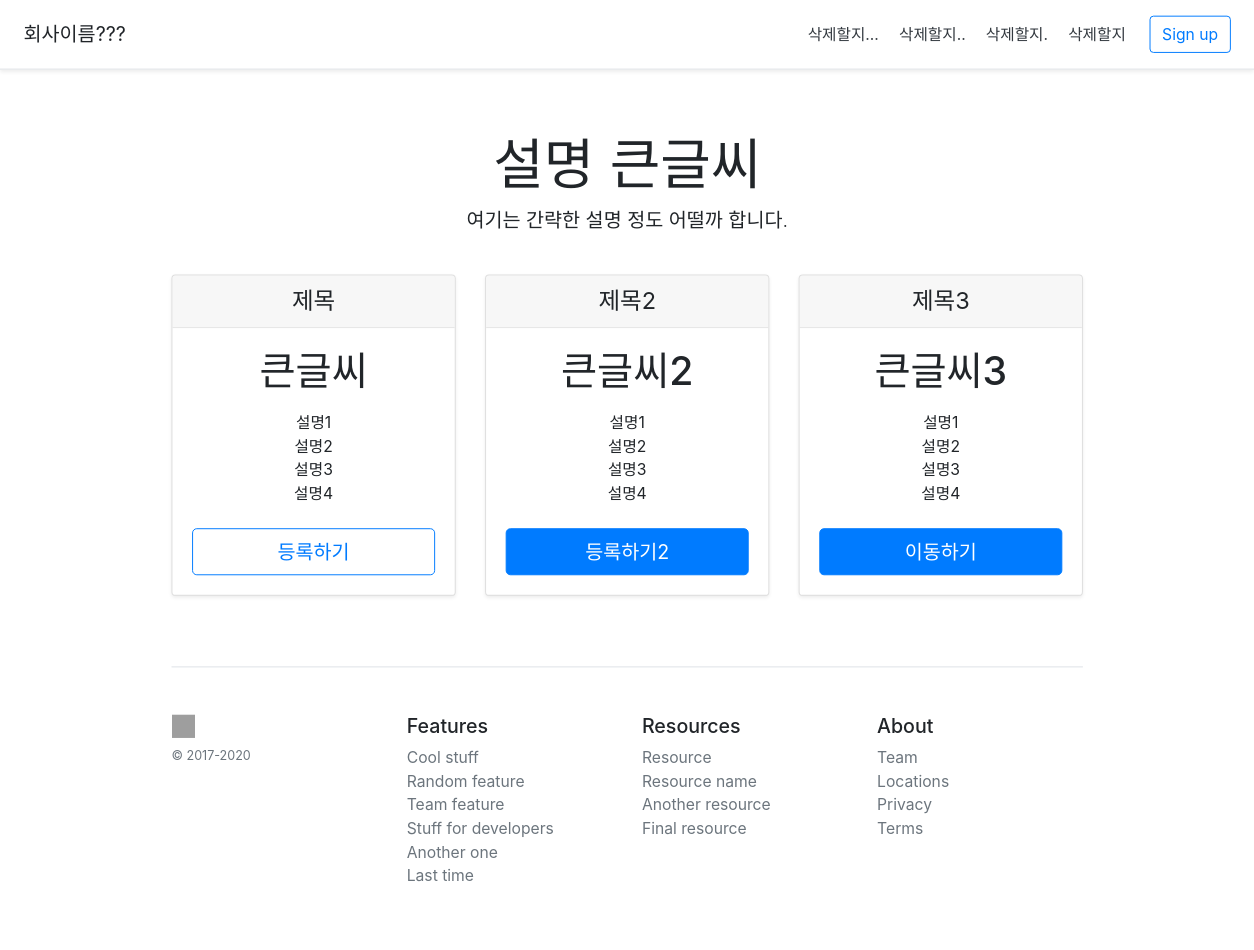
Repository: SettingRhino/innogleantmanager
Page: http://localhost/antmanager/WEB-INF/views/home.jsp
An editor plug-in stored every save of this project. The page is shown before and after the next save, followed by the edit.
The browser window is 1280 px wide. The pictures show the whole page, at 98% of full size.
Pictures or frames that could not be fetched are drawn as grey boxes. The page is served by Tomcat 9. Nobody is signed in. Other server files are loaded and not shown. The template is opened directly, without the code that normally fills it, so the values that code supplies are empty.

Above is the page before, as saved 2020-06-07 17:06:29.

### antmanager/src/main/webapp/WEB-INF/views/home.jsp


<%@ page language="java" contentType="text/html; charset=UTF-8"
	pageEncoding="UTF-8"%>
<%@ taglib uri="http://java.sun.com/jsp/jstl/core" prefix="c" %>

<!doctype html>
<html>
  <head>
    <meta charset="utf-8">
    <meta name="viewport" content="width=device-width, initial-scale=1, shrink-to-fit=no">
    <meta name="description" content="">
    <meta name="author" content="Mark Otto, Jacob Thornton, and Bootstrap contributors">
    <meta name="generator" content="Jekyll v4.0.1">
    <title>Pricing example · Bootstrap</title>

    <link rel="canonical" href="https://getbootstrap.com/docs/4.5/examples/pricing/">

    <!-- Bootstrap core CSS -->
<link href="<c:url value="/resources/css/bootstrap.min.css"/>" rel="stylesheet" integrity="sha384-Vkoo8x4CGsO3+Hhxv8T/Q5PaXtkKtu6ug5TOeNV6gBiFeWPGFN9MuhOf23Q9Ifjh" crossorigin="anonymous">

    <!-- Favicons
<link rel="icon" href="/docs/4.5/assets/img/favicons/favicon.ico">
 -->


    <style>
      .bd-placeholder-img {
        font-size: 1.125rem;
        text-anchor: middle;
        -webkit-user-select: none;
        -moz-user-select: none;
        -ms-user-select: none;
        user-select: none;
      }

      @media (min-width: 768px) {
        .bd-placeholder-img-lg {
          font-size: 3.5rem;
        }
      }
    </style>
    <!-- Custom styles for this template -->

    <link href= "<c:url value="/resources/css/pricing.css"/>" rel="stylesheet">
  </head>
  <body>
    <div class="d-flex flex-column flex-md-row align-items-center p-3 px-md-4 mb-3 bg-white border-bottom shadow-sm">
  <h5 class="my-0 mr-md-auto font-weight-normal">회사이름???</h5>
  <nav class="my-2 my-md-0 mr-md-3">
    <a class="p-2 text-dark" href="#">삭제할지...</a>
    <a class="p-2 text-dark" href="#">삭제할지..</a>
    <a class="p-2 text-dark" href="#">삭제할지.</a>
    <a class="p-2 text-dark" href="#">삭제할지</a>
  </nav>
  <a class="btn btn-outline-primary" href="#">Sign up</a>
</div>

<div class="pricing-header px-3 py-3 pt-md-5 pb-md-4 mx-auto text-center">
  <h1 class="display-4">설명 큰글씨</h1>
  <p class="lead">여기는 간략한 설명 정도 어떨까 합니다.</p>
</div>

<div class="container">
  <div class="card-deck mb-3 text-center">
    <div class="card mb-4 shadow-sm">
      <div class="card-header">
        <h4 class="my-0 font-weight-normal">제목</h4>
      </div>
      <div class="card-body">
        <h1 class="card-title pricing-card-title">큰글씨</h1>
        <ul class="list-unstyled mt-3 mb-4">
          <li>설명1</li>
          <li>설명2</li>
          <li>설명3</li>
          <li>설명4</li>
        </ul>
        <button type="button" class="btn btn-lg btn-block btn-outline-primary"href="#">등록하기</button>
      </div>
    </div>
    <div class="card mb-4 shadow-sm">
      <div class="card-header">
        <h4 class="my-0 font-weight-normal">제목2</h4>
      </div>
      <div class="card-body">
        <h1 class="card-title pricing-card-title">큰글씨2</h1>
        <ul class="list-unstyled mt-3 mb-4">
          <li>설명1</li>
          <li>설명2</li>
          <li>설명3</li>
          <li>설명4</li>
        </ul>
        <button type="button" class="btn btn-lg btn-block btn-primary"href="#">등록하기2</button>
      </div>
    </div>
    <div class="card mb-4 shadow-sm">
      <div class="card-header">
        <h4 class="my-0 font-weight-normal">제목3</h4>
      </div>
      <div class="card-body">
        <h1 class="card-title pricing-card-title">큰글씨3</h1>
        <ul class="list-unstyled mt-3 mb-4">
       <li>설명1</li>
          <li>설명2</li>
          <li>설명3</li>
          <li>설명4</li>
        </ul>
        <button type="button" class="btn btn-lg btn-block btn-primary"href="#">이동하기</button>
      </div>
    </div>
  </div>

  <footer class="pt-4 my-md-5 pt-md-5 border-top">
    <div class="row">
      <div class="col-12 col-md">
        <img class="mb-2" src="/docs/4.5/assets/brand/bootstrap-solid.svg" alt="" width="24" height="24">
        <small class="d-block mb-3 text-muted">&copy; 2017-2020</small>
      </div>
      <div class="col-6 col-md">
        <h5>Features</h5>
        <ul class="list-unstyled text-small">
          <li><a class="text-muted" href="#">Cool stuff</a></li>
          <li><a class="text-muted" href="#">Random feature</a></li>
          <li><a class="text-muted" href="#">Team feature</a></li>
          <li><a class="text-muted" href="#">Stuff for developers</a></li>
          <li><a class="text-muted" href="#">Another one</a></li>
          <li><a class="text-muted" href="#">Last time</a></li>
        </ul>
      </div>
      <div class="col-6 col-md">
        <h5>Resources</h5>
        <ul class="list-unstyled text-small">
          <li><a class="text-muted" href="#">Resource</a></li>
          <li><a class="text-muted" href="#">Resource name</a></li>
          <li><a class="text-muted" href="#">Another resource</a></li>
          <li><a class="text-muted" href="#">Final resource</a></li>
        </ul>
      </div>
      <div class="col-6 col-md">
        <h5>About</h5>
        <ul class="list-unstyled text-small">
          <li><a class="text-muted" href="#">Team</a></li>
          <li><a class="text-muted" href="#">Locations</a></li>
          <li><a class="text-muted" href="#">Privacy</a></li>
          <li><a class="text-muted" href="#">Terms</a></li>
        </ul>
      </div>
    </div>
  </footer>
</div>
</body>
</html>

### antmanager/src/main/webapp/resources/css/pricing.css
@charset "UTF-8";
html {
  font-size: 14px;
}
@media (min-width: 768px) {
  html {
    font-size: 16px;
  }
}

.container {
  max-width: 960px;
}

.pricing-header {
  max-width: 700px;
}

.card-deck .card {
  min-width: 220px;
}

Loaded but not shown: antmanager/src/main/webapp/resources/css/bootstrap.min.css (library)

After the next save:
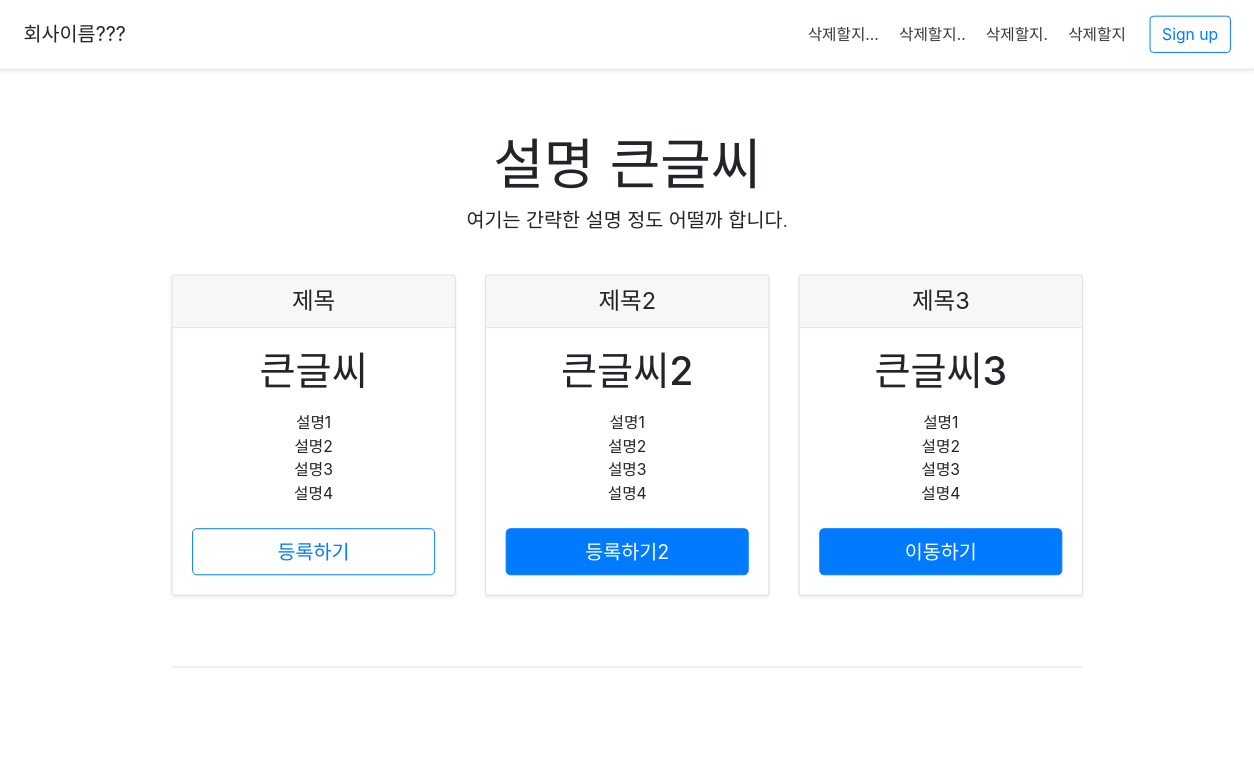
Saved 46 s later.
--- a/antmanager/src/main/webapp/WEB-INF/views/home.jsp
+++ b/antmanager/src/main/webapp/WEB-INF/views/home.jsp
@@ -111,6 +111,7 @@
   </div>
 
   <footer class="pt-4 my-md-5 pt-md-5 border-top">
+  <!--
     <div class="row">
       <div class="col-12 col-md">
         <img class="mb-2" src="/docs/4.5/assets/brand/bootstrap-solid.svg" alt="" width="24" height="24">
@@ -145,7 +146,7 @@
           <li><a class="text-muted" href="#">Terms</a></li>
         </ul>
       </div>
-    </div>
+    </div> -->
   </footer>
 </div>
 </body>
